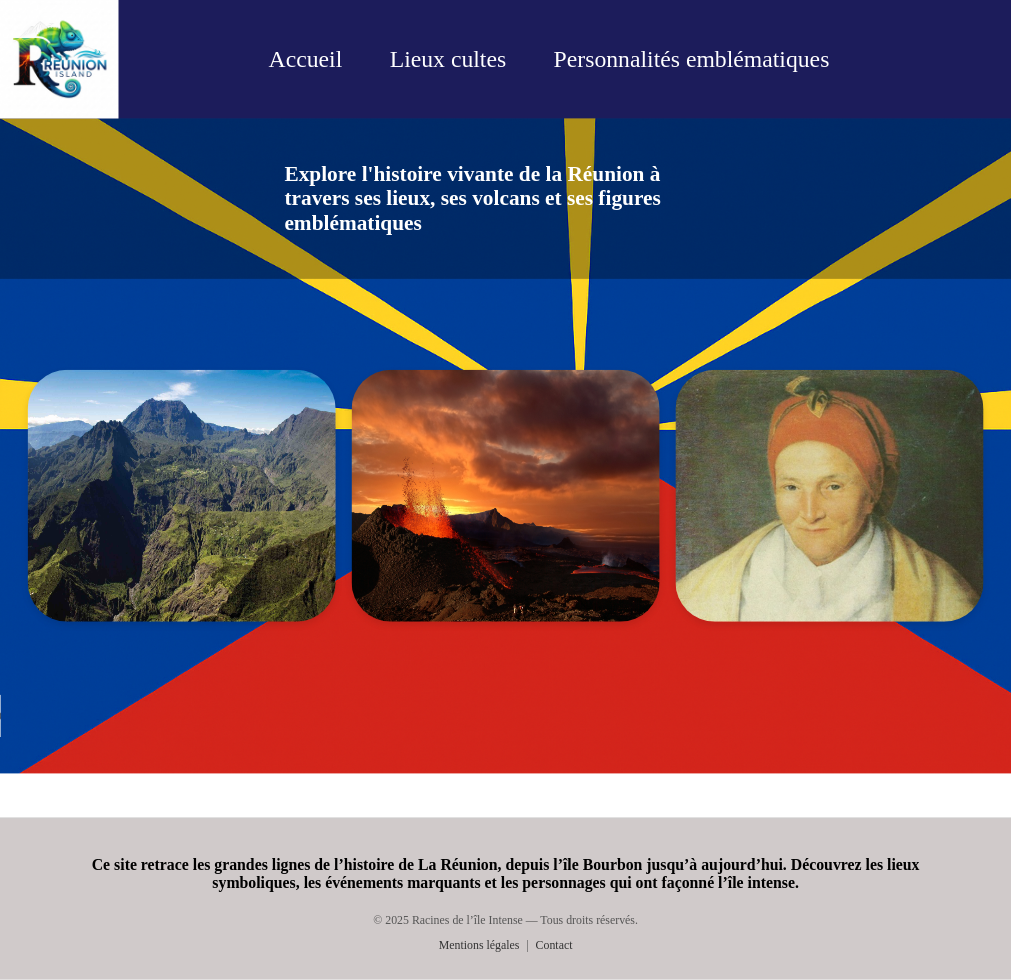
Repository: racinesintense974/Racines-de-lile-intense
Page: index.html
These files come from the project's save history. The page is drawn as it stood at one moment and after the next save; the edit follows.
The browser window is 1280 px wide. The pictures show the whole page, at 79% of full size.

Above is the page before, as saved 2026-02-12 14:35:53.

### index.html
<!DOCTYPE html>
<html lang="fr">
<head>
    <meta charset="UTF-8">
    <meta name="viewport" content="width=device-width, initial-scale=1.0">
    <title>Racines - L'histoire de l'île intense</title>
<link rel="stylesheet" href="css/style.css">
<style>
.player{
  background:#eee;
  padding:15px;
  width:250px;
  border-radius:10px;
  font-family:Arial;
}
li{
  cursor:pointer;
  margin:5px 0;
}
li:hover{
  color:green;
}
</style>
</head>


<body>
    <section class="top-page">
        <header class="header">
            <img src="image/logo22.png" alt="logo du site">
        <nav class="nav">
    <ul class="menu">
        <li><a href="index.html">Accueil</a></li>

        <li class="dropdown">
            <a href="#">Lieux cultes</a>
            <ul class="submenu">
                <li><a href="mafate.html">Mafate</a></li>
                <li><a href="cilaos.html">Cilaos</a></li>
                <li><a href="volcans.html">Les volcans</a></li>
            </ul>
        </li>

         <li class="dropdown">
        <a href="#">Personnalités emblématiques</a>
            <ul class="submenu">
                <li><a href="Olivier.html">Olivier Levasseur</a></li>
                <li><a href="Desbassayns.html">Madame Desbassayns</a></li>
                <li><a href="Garros.html">Rolland Garros</a></li>
            </ul>
        </li>
    </ul>
</nav>

        </header>


        <div class="landing-page">
        <h1 class="big-title">Explore l'histoire vivante de la Réunion à travers ses lieux, ses volcans et ses figures emblématiques</h1>
        </div>

        <div class="conteneur-central">
<section class="galerie-images">
  <img src="image/mafate.jpg" alt="Image 1">
  <img src="image/volcan.jpeg" alt="Image 2">
  <img src="image/desbassyns.png" alt="Image 3">
</section>
</div>

<audio controls>
  <source src="BASTER - Marmay Lontan.mp3" type="audio/mpeg">
</audio>







   <footer class="footer">
    <h1 class="big-title2">Ce site retrace les grandes lignes de l’histoire de La Réunion, depuis l’île Bourbon jusqu’à aujourd’hui. Découvrez les lieux symboliques, les événements marquants et les personnages qui ont façonné l’île intense.</h1>
  <p>&copy; 2025 Racines de l’île Intense — Tous droits réservés.</p>
  <p><a href="mentions-legales.html">Mentions légales</a> | <a href="contact.html">Contact</a></p>
</footer>

    </section>

</body>
</html>

### css/style.css

*

body {
    margin: 0 auto;

}

header.header {
    display: flex;
    align-items: center;
    background-color: rgb(28, 28, 91);                    /* Entête */
    margin: 0;

}

header.header img {
    width: 150px;
}






section.top-page {
    background: url('../image/gptidr2.png');
    background-size: cover;
    height: 136vh;
    padding: 0px;
}
/* page de bienvenue (landing page) */
.big-title {
    color: rgb(255, 255, 255);
    font-size: 27px;
    padding: 55px 360px;
    background-color: rgba(0, 0, 0, 0.323);
    margin-top: 0;



}
html, body {
  height: 100%;           /* Nécessaire pour que le conteneur remplisse l'écran */
  margin: 0;
  padding: 0;
}

.conteneur-central {
  display: flex;
  justify-content: center;      /* centre horizontalement */
  align-items: center;          /* centre verticalement */
  height: 70vh;                /* 100% de la hauteur de l'écran */
}

/* La galerie contient les images */
.galerie-images {
  display: flex;
  gap: 20px;
  flex-wrap: wrap;
  justify-content: center;
}

.galerie-images img {
  width: 390px;
  height: auto;
  border-radius: 50px;
  box-shadow: 0 4px 10px rgba(0, 0, 0, 0.1);
  transition: transform 0.3s ease;
}

.galerie-images img:hover {
  transform: scale(1.05);
}

.big-title2 {
    color: black;
    font-size: 20px;
    padding: 10px 50px;
}
/* Sous-page */
.footer {
    width: 100%;
  background-color: #d0caca;
  padding: 20px;
  text-align: center;
  font-size: 15px;
  color: #555;
  border-top: 1px solid #ccc;
  margin-top: 98px;
   box-sizing: border-box;

}

.footer a {
  color: #333;
  text-decoration: none;
  margin: 0 5px;
}

.footer a:hover {
  text-decoration: underline;
}


/* menu de navigation */

nav.nav {
    display: flex;
    justify-content: space-between;
    list-style: none;
    width: 970px;
    margin-left: 180px;
font-size: 30px;
}


nav.nav li {
    color: white;
}



/* ===== MENU DEROULANT LIEUX-CULTES ===== */

nav.nav ul.menu {
    list-style: none;
    display: flex;
    gap: 40px;           /* espace entre les éléments */
    margin: 0;
    padding: 0;
}

nav.nav ul.menu > li {
    position: relative;
}

nav.nav ul.menu a {
    text-decoration: none;
    color: white;
    font-size: 30px;
    padding: 10px;
}

/* Sous-menu caché */
.submenu {
    list-style: none;
    padding: 0;
    margin: 0;
    position: absolute;
    background: rgb(12, 16, 70);
    border-radius: 5px;
    border: 1px solid black;
    display: none;
    min-width: 180px;
    z-index: 10;
}

/* Liens du sous-menu */
.submenu li a {
    color: black;
    padding: 10px;
    display: block;
    font-size: 20px;
}

/* Apparition au survol */
.dropdown:hover .submenu {
    display: block;
}

/* Effet hover */
.submenu li a:hover {
    background-color: #a01212;
}

After the next save:
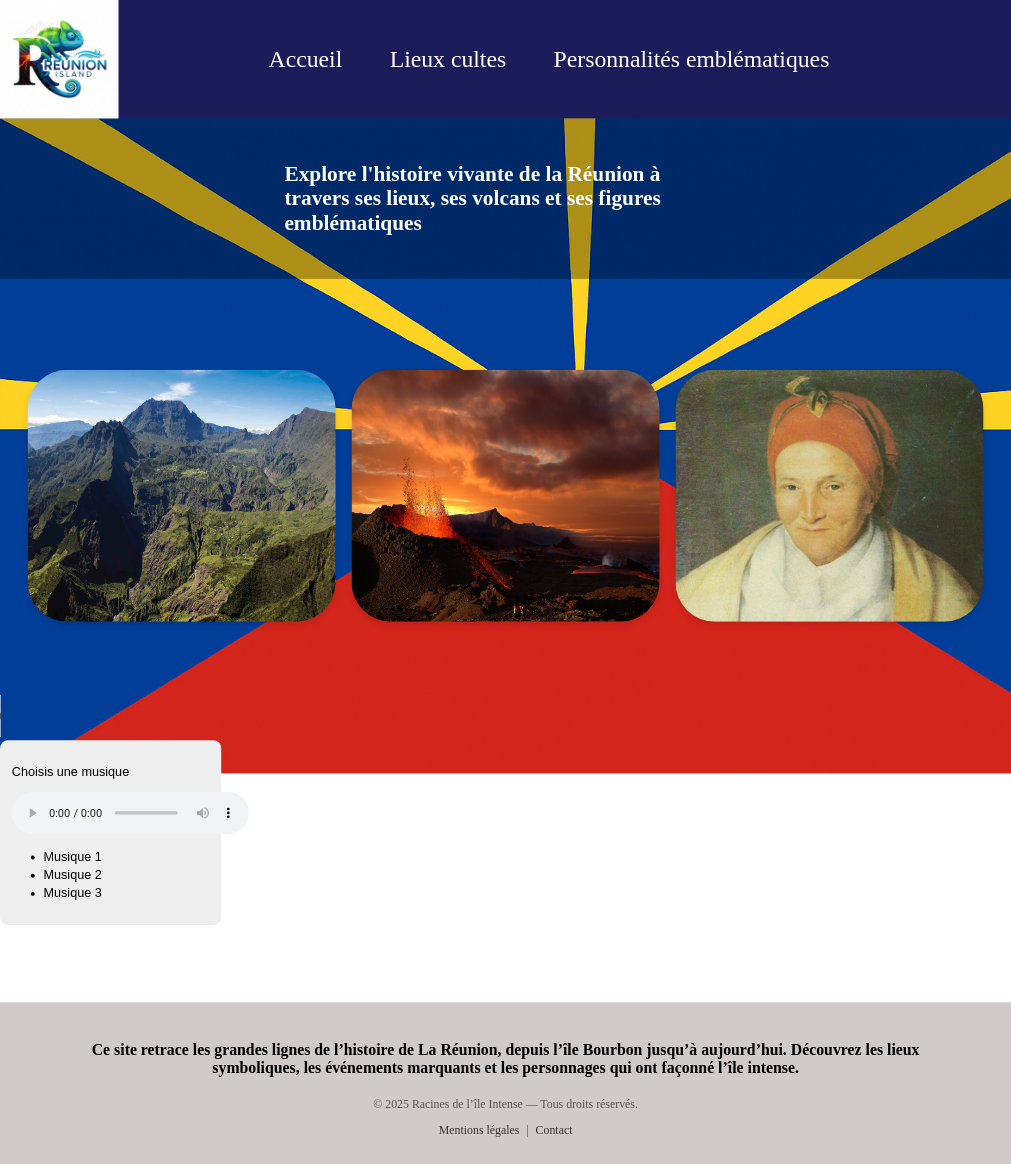
Saved 1 s later.
--- a/index.html
+++ b/index.html
@@ -72,7 +72,26 @@ li:hover{
 </audio>
 
 
+<div class="player">
+  <p id="titre">Choisis une musique</p>
 
+  <audio id="audio" controls></audio>
+
+  <ul>
+    <li onclick="playMusic('musique1.mp3','Musique 1')">Musique 1</li>
+    <li onclick="playMusic('musique2.mp3','Musique 2')">Musique 2</li>
+    <li onclick="playMusic('musique3.mp3','Musique 3')">Musique 3</li>
+  </ul>
+</div>
+
+<script>
+function playMusic(src,name){
+  const audio=document.getElementById("audio");
+  document.getElementById("titre").textContent=name;
+  audio.src=src;
+  audio.play();
+}
+</script>
 
 
 
